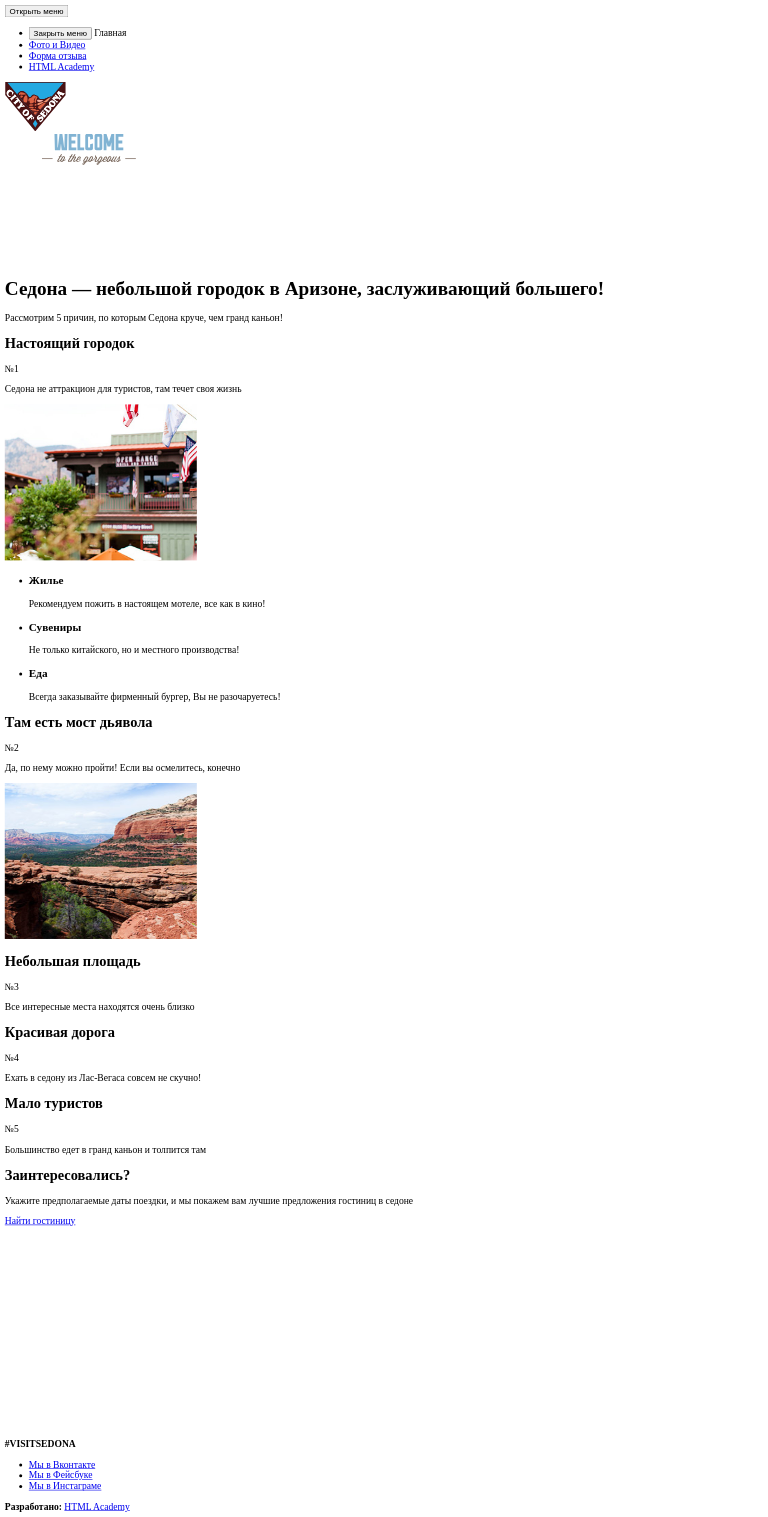
Repository: igorkrs/1076625-sedona-17
Page: source/index.html
These files come from the project's save history. The page is drawn as it stood at one moment and after the next save; the edit follows.
The browser window is 1280 px wide. The pictures show the whole page, at 60% of full size.
Pictures or frames that could not be fetched are drawn as grey boxes.

Above is the page before, as saved 2019-07-29 19:03:20.

After the next save:
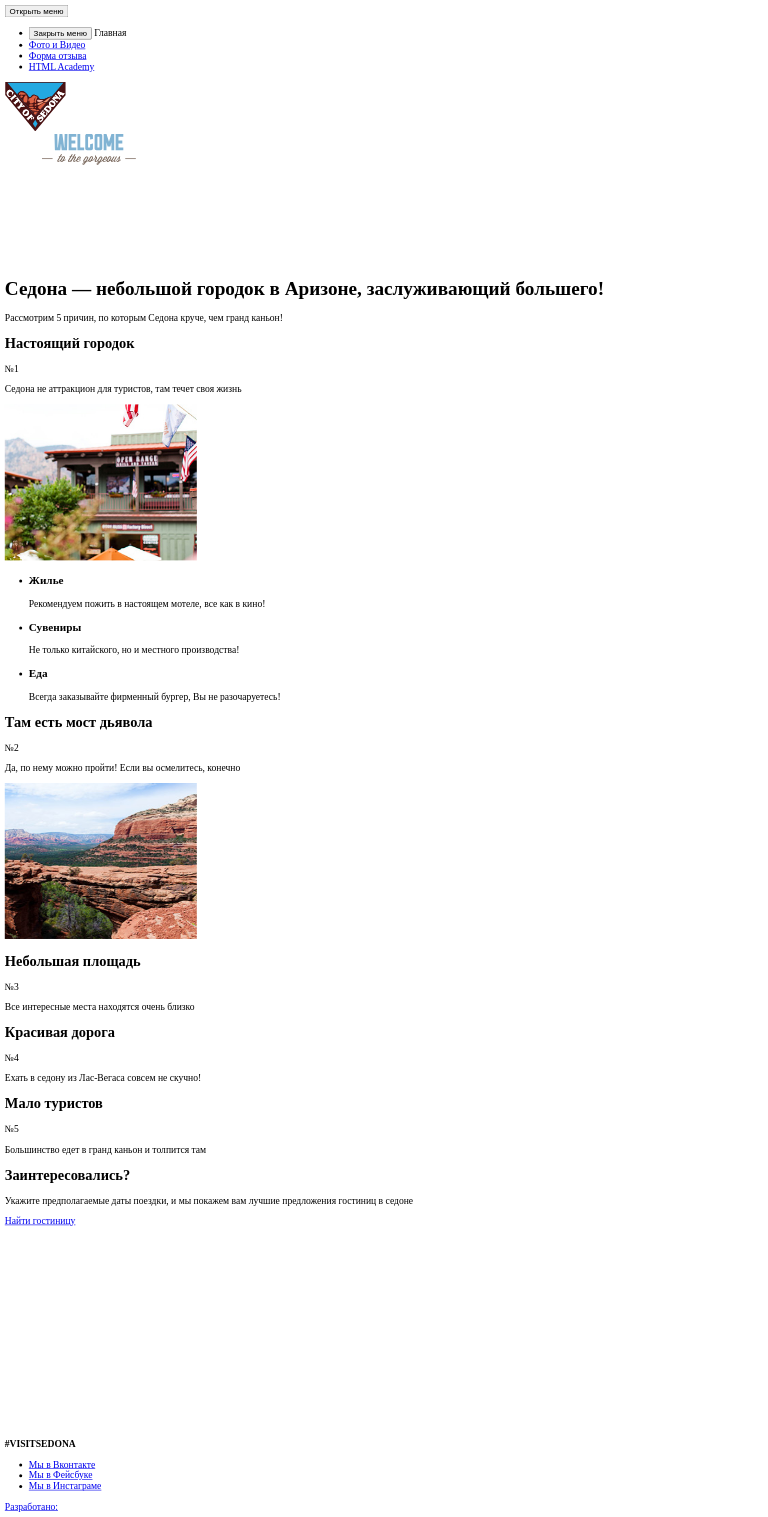
Saved 77 s later.
--- a/source/index.html
+++ b/source/index.html
@@ -114,8 +114,7 @@
         </ul>
       </div>
       <div class="page-footer__copyright copyright">
-        <b class="copyright__text">Разработано:</b>
-        <a class="button copyright__link" href="https://htmlacademy.ru/intensive/adaptive">HTML Academy</a>
+        <a class="button copyright__link" href="https://htmlacademy.ru/intensive/adaptive">Разработано:</a>
       </div>
     </div>
   </footer>
